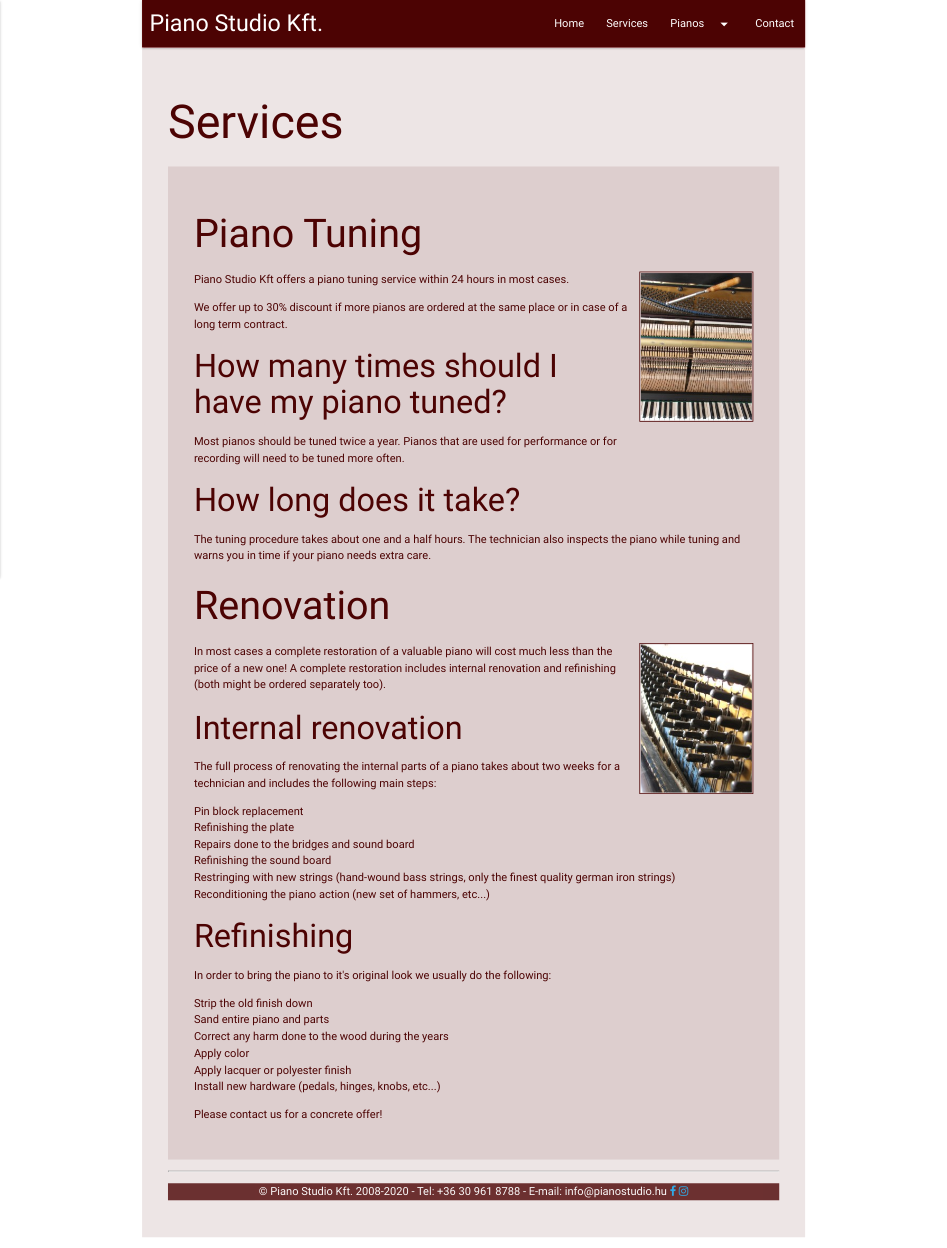
Repository: badiattila/pianostudioheroku
Page: http://localhost/services
The author's editor kept a record of every edit. The page is drawn from the files as they stood at one moment, then again after the next edit.
The browser window is 1280 px wide. The pictures show the whole page, at 74% of full size.
Some web libraries are served in a nearby version. The page is served by the project's application, run on Flask 3 (app.py).

Above is the page before.

After the next edit:
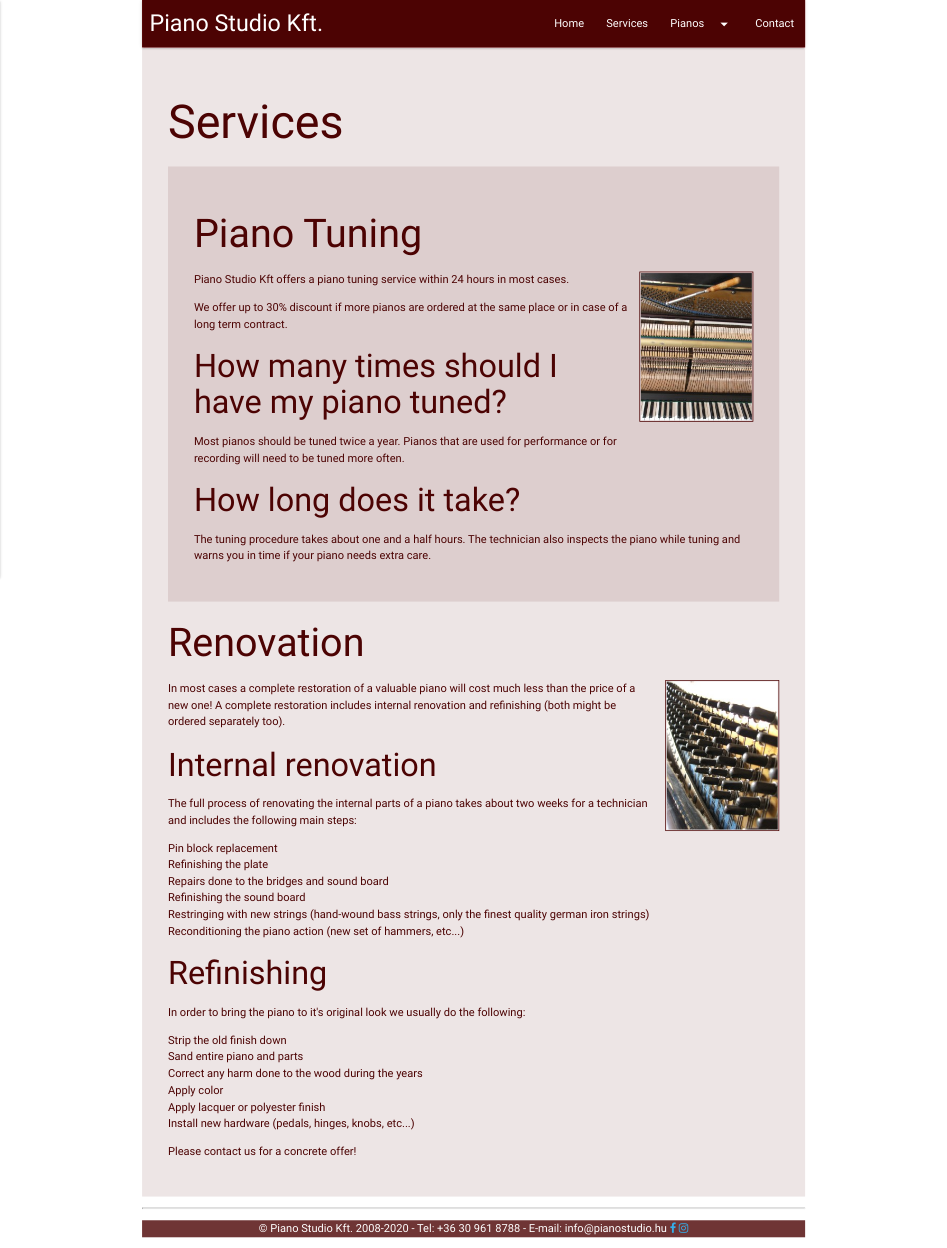
The edit:
--- a/templates/services.html
+++ b/templates/services.html
@@ -6,18 +6,19 @@
     <p></p>
 
     <div>
-<div class="op" id="services">
-        <h2 id="tuning">Piano Tuning</h2>
-        <img class="right-teaser" src="{{url_for('static', filename='pictures/hangolas.jpg')}}" alt="Piano Tuning" />
-        <p>Piano Studio Kft offers a piano tuning service within 24 hours in most cases.</p>
+        <div class="op" id="tuning">
+            <h2 id="tuning">Piano Tuning</h2>
+            <img class="right-teaser" src="{{url_for('static', filename='pictures/hangolas.jpg')}}" alt="Piano Tuning" />
+            <p>Piano Studio Kft offers a piano tuning service within 24 hours in most cases.</p>
 
-        <p>We offer up to 30% discount if more pianos are ordered at the same place or in case of a long term contract.</p>
+            <p>We offer up to 30% discount if more pianos are ordered at the same place or in case of a long term contract.</p>
 
-        <h3>How many times should I have my piano tuned?</h3>
-        <p>Most pianos should be tuned twice a year. Pianos that are used for performance or for recording will need to be tuned more often.</p>
+            <h3>How many times should I have my piano tuned?</h3>
+            <p>Most pianos should be tuned twice a year. Pianos that are used for performance or for recording will need to be tuned more often.</p>
 
-        <h3>How long does it take?</h3>
-        <p>The tuning procedure takes about one and a half hours. The technician also inspects the piano while tuning and warns you in time if your piano needs extra care.</p>
+            <h3>How long does it take?</h3>
+            <p>The tuning procedure takes about one and a half hours. The technician also inspects the piano while tuning and warns you in time if your piano needs extra care.</p>
+        </div>
         <div>
             <h2 id="renovation">Renovation</h2>
             <img class="right-teaser" src="{{url_for('static', filename='pictures/pins.jpg')}}" alt="Piano Pins" />
